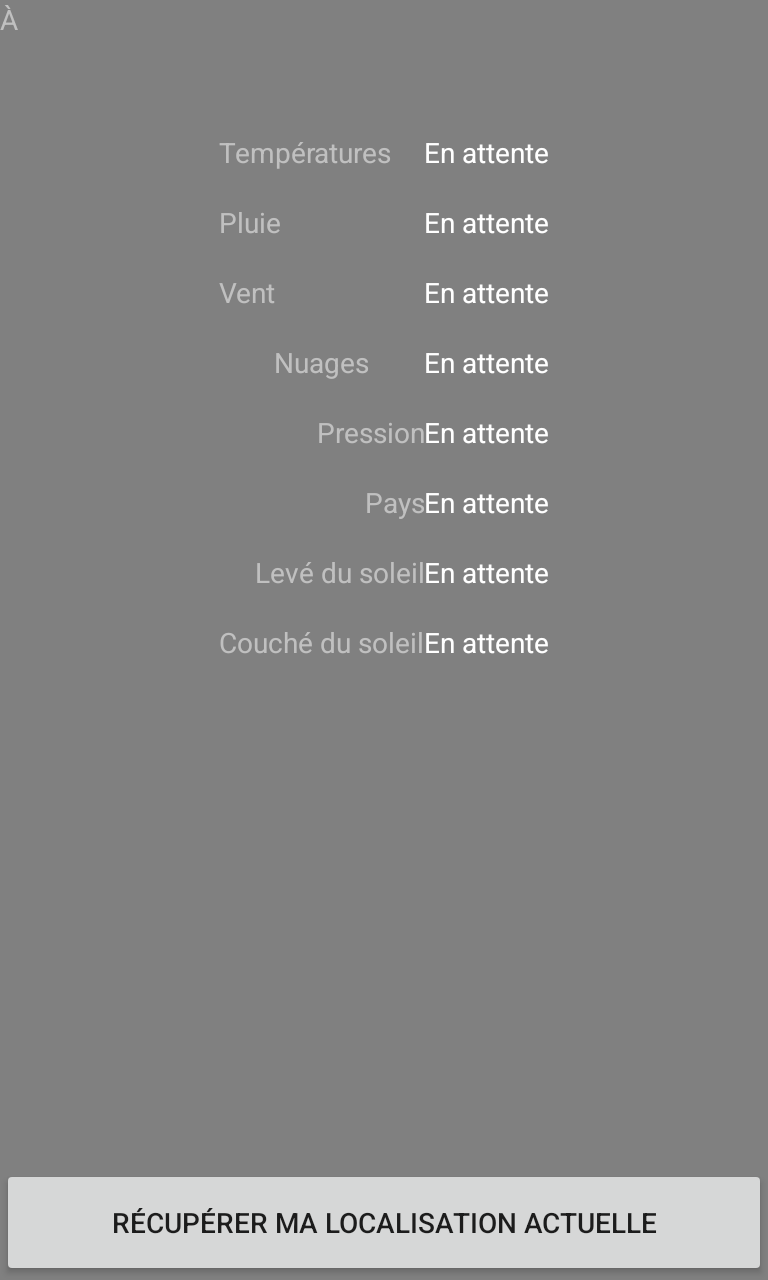
Repository: cpluuuusplus/WhoWantsKitKat
Layout: AppliPlus/res/layout/activity_meteo_principale.xml
An editor plug-in stored every save of this project. The layout is shown before and after the next save, followed by the edit.
It is drawn on a 768 x 1280 px phone screen (xhdpi) without system bars, with theme Theme.AppCompat.Light; the app's code is not run.

Above is the layout before, as saved 2014-05-12 14:11:52.

After the next save:
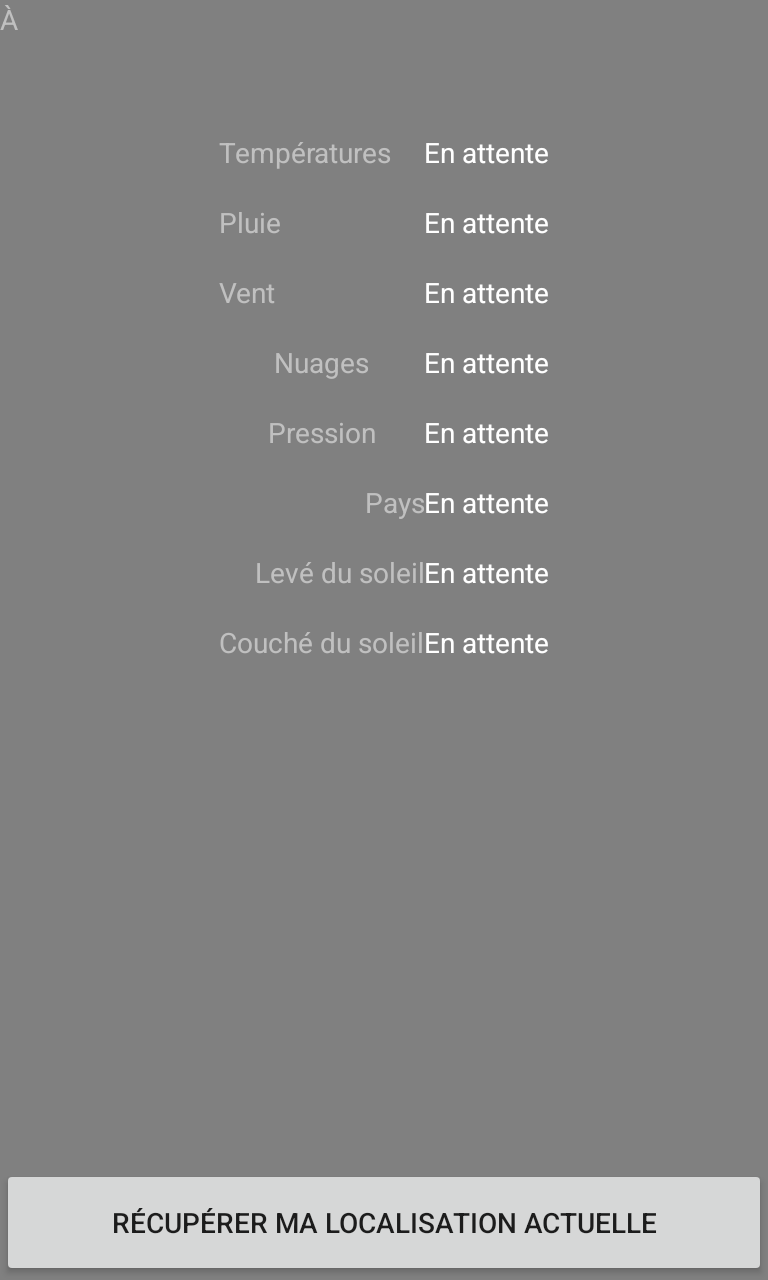
Saved 16 s later.
--- a/AppliPlus/res/layout/activity_meteo_principale.xml
+++ b/AppliPlus/res/layout/activity_meteo_principale.xml
@@ -151,7 +151,7 @@
             <TextView
                 android:id="@+id/desc_pressure"
                 android:layout_width="fill_parent"
-                android:gravity="right"
+                                android:gravity="center_horizontal"
                 android:text="@string/desc_pressure"
                 android:textColor="@color/silver" />
 
